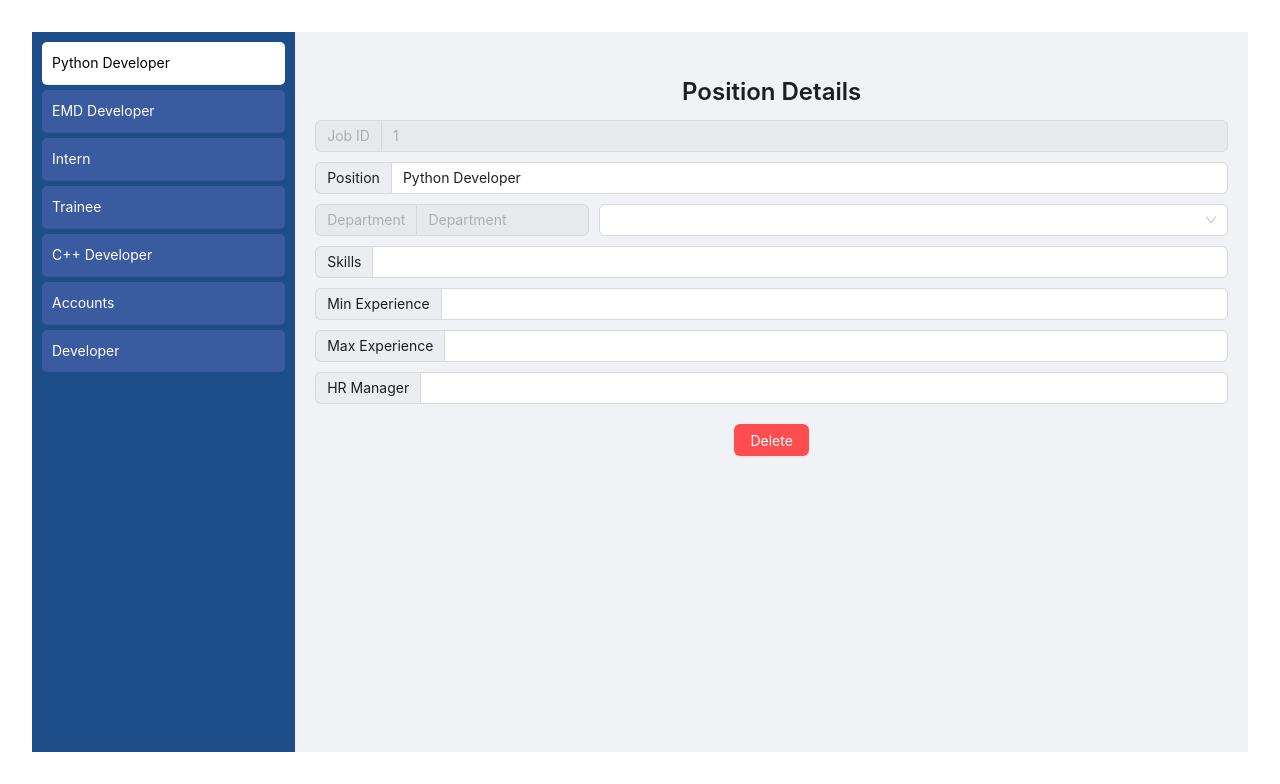
Repository: Moqueed/Delta_Iot
Page: /admin-dashboard/active-positions (app in client/), after clicking the first element matching `li.ant-list-item`
These files come from the project's save history. The page is drawn as it stood at one moment and after the next save; the edit follows.
The browser window is 1280 px wide. The pictures show the whole page.
The project was rebuilt for these pictures with package versions that can differ from the ones it lists, and the page was loaded fresh each time. Also part of the build but not shown: client/vite.config.js, client/src/api/users.js, client/src/pages/Register/index.jsx, client/src/pages/Login/index.jsx, client/src/components/ProtectedRoute.jsx, client/src/pages/HR/HRDashboard.jsx, client/src/pages/Admin/AdminDashboard.jsx, client/src/pages/HR/TotalDataPage.jsx.

Above is the page before, as saved 2025-03-14 14:03:22.

After the next save:
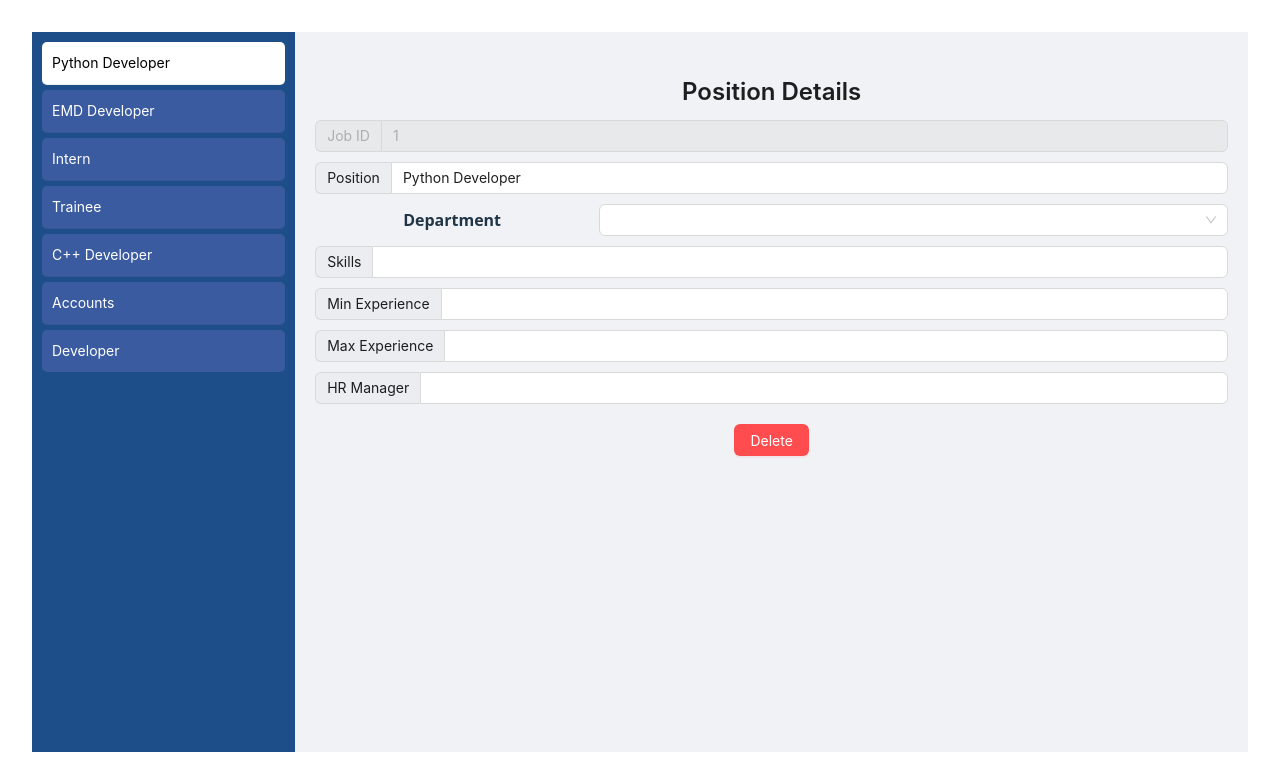
Saved 2 min 4 s later.
--- a/client/src/pages/Admin/ActivePositions.jsx
+++ b/client/src/pages/Admin/ActivePositions.jsx
@@ -59,7 +59,7 @@ const ActivePositions = () => {
             <Input addonBefore="Job ID" value={selectedPosition.job_id} disabled style={{ marginBottom: "10px" }} />
             <Input addonBefore="Position" value={selectedPosition.position} style={{ marginBottom: "10px" }} />
             <div style={{ display: "flex", alignItems: "center", gap: "10px", marginBottom: "10px" }}>
-              <Input addonBefore="Department" disabled value="Department" style={{ fontWeight: "bold", width: "30%" }} />
+              <span style={{ fontWeight: "bold", width: "30%" }}>Department</span>
               <Select
                 style={{ flex: 1 }}
                 value={selectedPosition.department}
